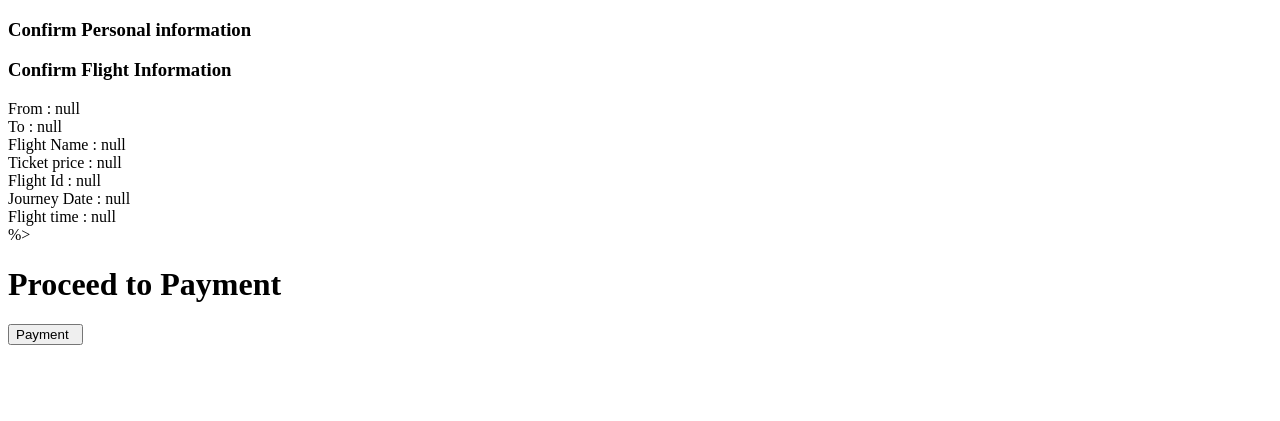
Repository: Shivani2392/FlyAwayProject
Page: http://localhost/FlightBookingPortal/BookFlight.jsp
An editor plug-in stored every save of this project. The page is shown before and after the next save, followed by the edit.
The browser window is 1280 px wide. The pictures show the whole page.
The page is served by Tomcat 9. Other server files are loaded and not shown.

Above is the page before, as saved 2020-11-21 06:48:17.

### FlightBookingPortal/src/main/webapp/BookFlight.jsp
<%@ page language="java" contentType="text/html; charset=ISO-8859-1"
    pageEncoding="ISO-8859-1"%>
<!DOCTYPE html>
<html>
<head>
<meta charset="ISO-8859-1">
<title>Flight Details</title>
</head>
<body>
<h3>Confirm Personal information</h3>
<h3>Confirm Flight Information</h3>
<%
out.println("From : ");
out.println(request.getParameter("source"));
%>
<br>
<%
out.println("To : ");
out.println(request.getParameter("dest"));
%>
<br>
<%
out.println("Flight Name : ");
out.println(request.getParameter("name"));
%>
<br>
<%
out.println("Ticket price : ");
out.println(request.getParameter("price"));
%>
<br>
<%
out.println("Flight Id : ");
out.println(request.getParameter("id"));
%>
<br>
<%
out.println("Journey Date : ");
out.println(request.getParameter("date"));
%>
<br>
<%
out.println("Flight time : ");
out.println(request.getParameter("time"));
%>
<br>
%>



<h1>Proceed to Payment</h1>
<input type="submit" value="Payment	" name="Payment"></input>
</body>
</html>

After the next save:
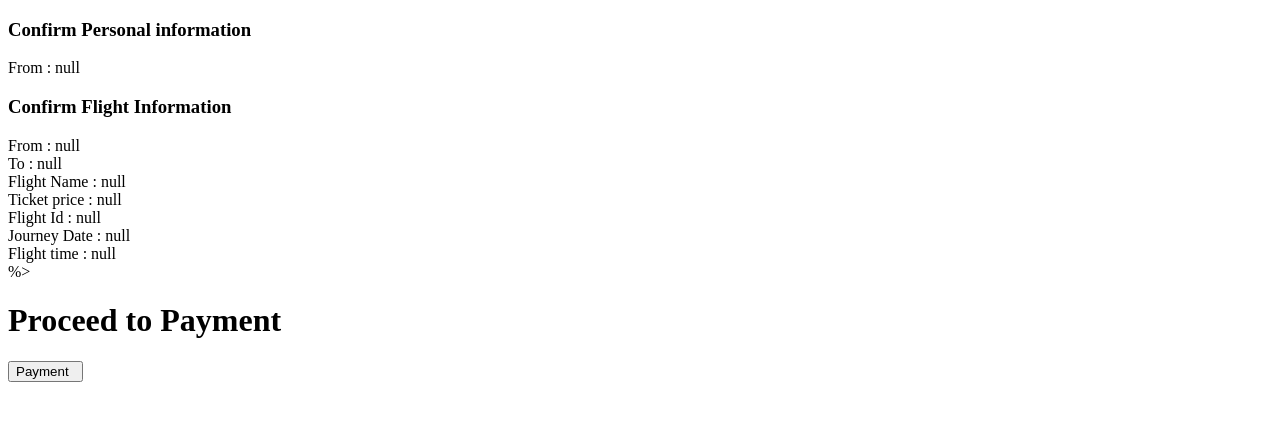
Saved 7 s later.
--- a/FlightBookingPortal/src/main/webapp/BookFlight.jsp
+++ b/FlightBookingPortal/src/main/webapp/BookFlight.jsp
@@ -8,6 +8,13 @@
 </head>
 <body>
 <h3>Confirm Personal information</h3>
+<%
+out.println("From : ");
+out.println(request.getParameter("source"));
+%>
+
+
+
 <h3>Confirm Flight Information</h3>
 <%
 out.println("From : ");
